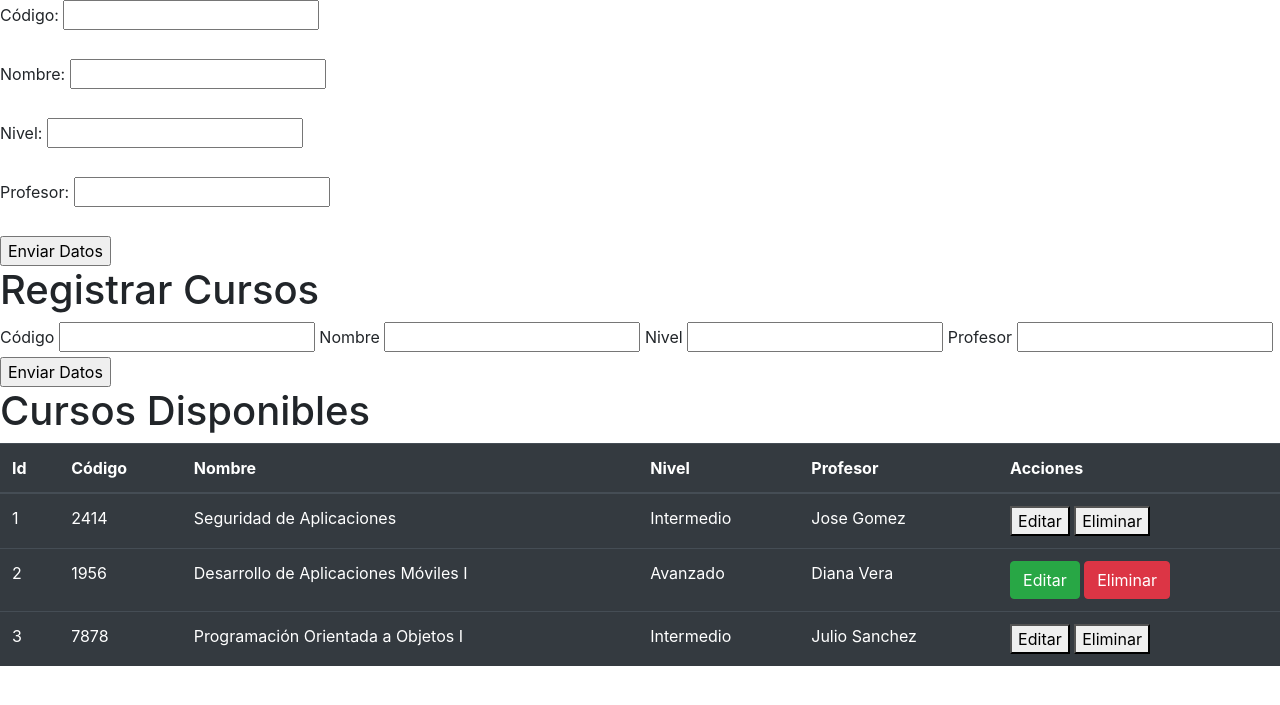
Repository: LuisCondori98/LP1-CIB
Page: http://localhost/Clase-01/demo.jsp
An editor plug-in stored every save of this project. The page is shown before and after the next save, followed by the edit.
The browser window is 1280 px wide. The pictures show the whole page.
The page is served by Tomcat 9.

Above is the page before, as saved 2025-01-11 15:14:55.

After the next save:
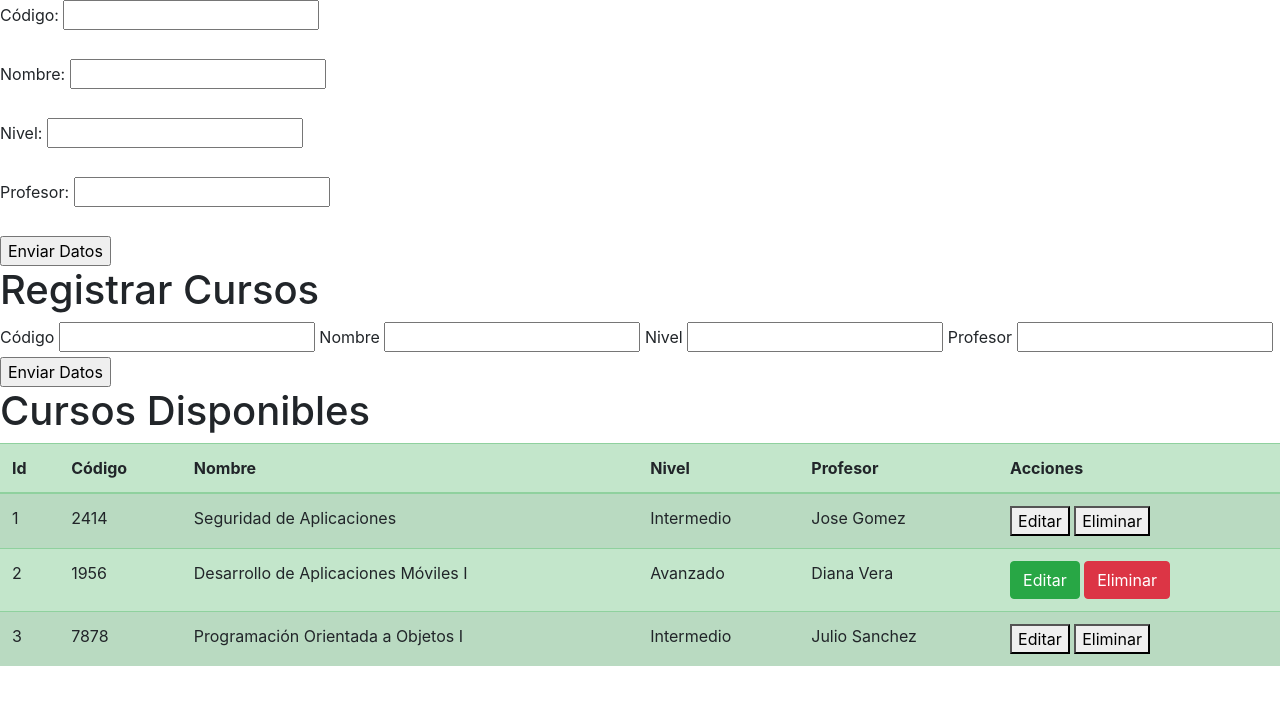
Saved 42 s later.
--- a/Clase-01/src/main/webapp/demo.jsp
+++ b/Clase-01/src/main/webapp/demo.jsp
@@ -81,7 +81,7 @@
     </form>
 	<h1>Cursos Disponibles</h1>
 
-    <table class="table table-dark table-striped-columns">
+    <table class="table table-success table-striped">
 
         <thead>
 
